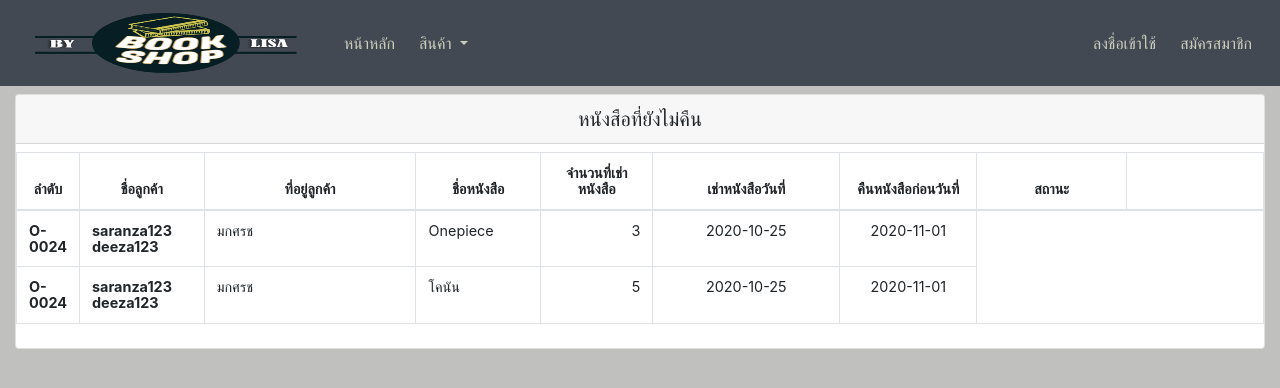
Repository: peawza/shopbook
Page: http://localhost/returnproduct.php?Order_id=24
These files come from the project's save history. The page is drawn as it stood at one moment and after the next save; the edit follows.
The browser window is 1280 px wide. The pictures show the whole page.
The page is run by PHP 8.4 with error messages shown; the project is at /var/www/html/. The database holds what the project's SQL file puts in it.

Above is the page before, as saved 2020-10-01 11:21:14.

After the next save:
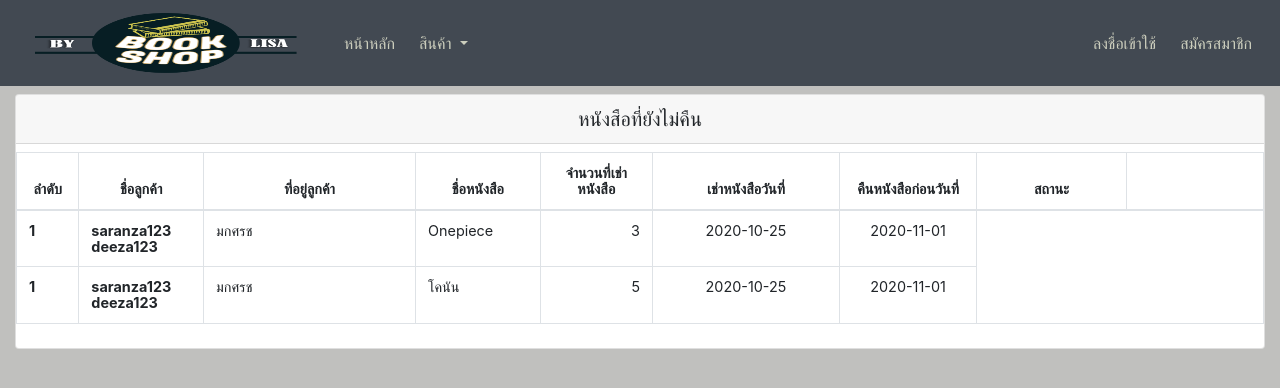
Saved 24 s later.
--- a/returnproduct.php
+++ b/returnproduct.php
@@ -127,7 +127,7 @@
                         <tr>
                             <th><?php
                                             $code = sprintf('O-%04d', $rowproduct['orders_id']);
-                                            echo $code ?>
+                                            echo $i; ?>
                             </th>
                             <th><?php echo $rowproduct["User_Firstname"] . ' ' . $rowproduct['User_Lastname'] ?>
                             </th>
